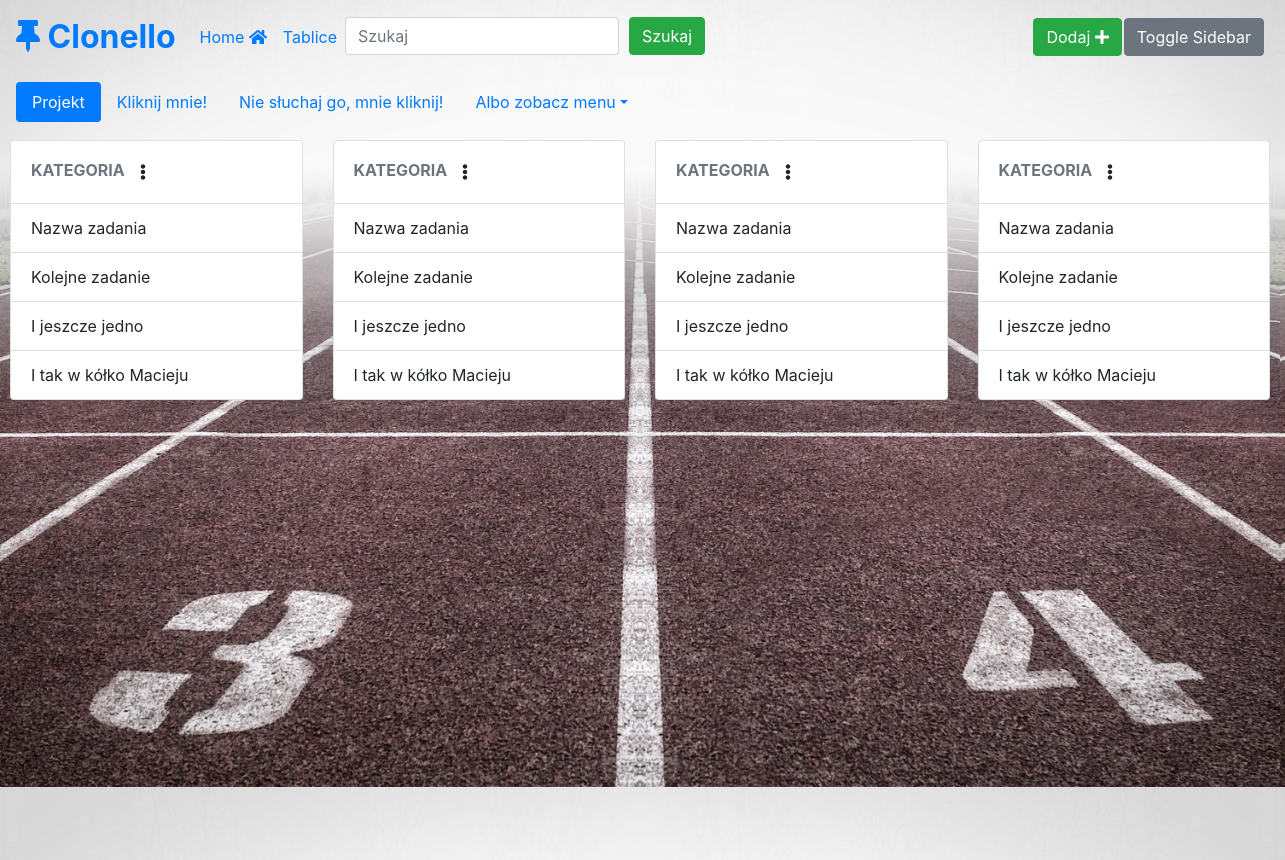
Repository: jnehlt/PAW-lab
Page: / (app in Frontend/clonello/)
An editor plug-in stored every save of this project. The page is shown before and after the next save, followed by the edit.
The browser window is 1280 px wide. The page is 1285 px wide, so the pictures cover 1285 px, including what lies to the right of the window. The pictures show the whole page.
The project was rebuilt for these pictures with package versions that can differ from the ones it lists, and the page was loaded fresh each time.

Above is the page before, as saved 2020-04-24 22:19:41.

### Frontend/clonello/src/main.js
import "@babel/polyfill";
import "mutationobserver-shim";
import Vue from "vue";
import "./plugins/bootstrap-vue";
import App from "./App.vue";
import router from "./router";
import "@fortawesome/fontawesome-free/css/all.css";
import "@fortawesome/fontawesome-free/js/all.js";

Vue.config.productionTip = false;

new Vue({
  router,
  render: h => h(App)
}).$mount("#app");

### Frontend/clonello/src/App.vue
<template>
  <div id="app">
    <topheader></topheader>
    <projectheader></projectheader>

    <div class="row">
        <maincard></maincard>
        <maincard></maincard>
        <maincard></maincard>
        <maincard></maincard>
        <maincard></maincard>
        <maincard></maincard>
        <maincard></maincard>
        <maincard></maincard>
    </div>
    <router-view />
  </div>
</template>

<script>
import TopHeader from "@/components/TopHeader.vue";
import ProjectHeader from "@/components/ProjectHeader.vue";
import MainCard from "@/components/MainCard.vue";

export default {
  components: {
    "topheader": TopHeader,
    "projectheader": ProjectHeader,
    "maincard": MainCard
  }
};
</script>

<style lang="scss">

body {
    background-image: url("../src/assets/running-track-sn-3000x2001.jpg");
    background-size: cover;
    background-position: center;
}

.dropdown-header {
    font-size: larger;
    font-weight: bolder;
}

html, body {
    height: 100%;
}

.list-head {
    font-weight: bolder;
    text-transform: uppercase;
}

.btn {
    margin-left: 2px;
}


.row {
  display: flex;
  flex-wrap: nowrap;
  overflow-x: auto;
  margin-left: -5px;
  margin-right: -5px;
  margin-top: 10px;
  height: 100vh;
}

::-webkit-scrollbar {
  height: 4px;              /* height of horizontal scrollbar ← You're missing this */
  width: 4px;               /* width of vertical scrollbar */
  border: 1px solid #d5d5d5;
  margin-left: -5px;
  margin-right: -5px;
}


</style>

### Frontend/clonello/src/components/TopHeader.vue
<template>
  <div>
    <nav class="navbar navbar-expand-lg">
      <a class="navbar-brand" href="#"><i class="fas fa-thumbtack"></i> Clonello</a>
      <button class="navbar-toggler navbar-dark" type="button" data-toggle="collapse" data-target="#navbarNav" aria-controls="navbarNav" aria-expanded="false" aria-label="Toggle navigation">
          <span class="navbar-toggler-icon"></span>
      </button>
      <div class="collapse navbar-collapse" id="navbarNav">
        <ul class="navbar-nav mr-auto">
          <li class="nav-item">
            <a class="nav-link" href="#">Home <i class="fas fa-home"></i></a>
          </li>
          <li class="nav-item">
            <a class="nav-link" href="#">Tablice</a>
          </li>
          <li class="nav-item">
            <form class="form-inline my-2 my-lg-0">
              <input class="form-control mr-sm-2" type="search" placeholder="Szukaj" aria-label="Search">
              <button class="btn btn-success my-2 my-sm-0" type="submit">Szukaj</button>
            </form>
          </li>
        </ul>
        <ul class="navbar-right navbar-nav">
          <li>
            <button class="btn btn-success" type="button" data-toggle="collapse" data-target="#collapseAdd" aria-expanded="false" aria-controls="collapseAdd">Dodaj <i class="fas fa-plus"></i>
            </button>
            <div class="dropdown-menu dropdown-menu-right" id="collapseAdd">
              <a class="dropdown-item" href="#">Tablicę</a>
              <a class="dropdown-item" href="#">Zespół</a>
            </div>
          </li>
          <li>
            <b-button v-b-toggle.sidebar-right>Toggle Sidebar</b-button>
              <b-sidebar id="sidebar-right" title="Sidebar" right shadow>
                <div class="px-3 py-2">
                  <p>
                    Cras mattis consectetur purus sit amet fermentum. Cras justo odio, dapibus ac facilisis
                    in, egestas eget quam. Morbi leo risus, porta ac consectetur ac, vestibulum at eros.
                  </p>
                  <b-img src="https://picsum.photos/500/500/?image=54" fluid thumbnail></b-img>
                </div>
              </b-sidebar>
          </li>
        </ul>
      </div>
    </nav>
  </div>
</template>

<script>



export default {

};
</script>

<!-- Add "scoped" attribute to limit CSS to this component only -->
<style scoped lang="scss">
.navbar-brand {
    font-weight: bolder;
    font-size: 2em;
}

.navbar {
    background-color: transparent;
}

.navbar-toggler {
    background-color: #4e555b;
}
</style>

### Frontend/clonello/src/components/ProjectHeader.vue
<template>
  <div>
      <div class="navbar navbar-expand-lg">
      <ul class="nav nav-pills nav-fill">
        <li class="nav-item">
          <a class="nav-link active" href="#">Projekt</a>
        </li>
        <li class="nav-item">
          <a class="nav-link" href="#">Kliknij mnie!</a>
        </li>
        <li class="nav-item">
          <a class="nav-link" href="#">Nie słuchaj go, mnie kliknij!</a>
        </li>
        <li class="nav-item dropdown">
          <a class="nav-link dropdown-toggle" data-toggle="dropdown" href="#" role="button" aria-haspopup="true" aria-expanded="false">Albo zobacz menu</a>
          <div class="dropdown-menu">
            <h5 class="dropdown-header">Menu</h5>
            <div class="dropdown-divider"></div>
            <a class="dropdown-item" href="#">No dobra</a>
            <a class="dropdown-item" href="#">Trochę zamieszania</a>
            <a class="dropdown-item" href="#">Dziwnie wyszło</a>
            <a class="dropdown-item" href="#">Ale klinkij tamte</a>
          </div>
        </li>
      </ul>
    </div>
  </div>
</template>

<script>
export default {

}
</script>

<style>
.navbar-brand {
    font-weight: bolder;
    font-size: 2em;
}

.navbar {
    background-color: transparent;
}

.navbar-toggler {
    background-color: #4e555b;
}
</style>

### Frontend/clonello/src/components/MainCard.vue
<template>
        <div class="col-3 col-md-3 col-sm-3">
            <ul class="list-group">
                <li class="list-group-item disabled list-head" aria-disabled="true">Kategoria<button class="btn btn-kropki"><i class="fas fa-ellipsis-v"></i></button></li>
                <li class="list-group-item">Nazwa zadania</li>
                <li class="list-group-item">Kolejne zadanie</li>
                <li class="list-group-item">I jeszcze jedno</li>
                <li class="list-group-item">I tak w kółko Macieju</li>
            </ul>
        </div>

</template>

<script>
export default {

}
</script>

<style>

</style>

### Frontend/clonello/src/views/Home.vue
<template>
  <div class="home"></div>
</template>

<script>
// @ is an alias to /src
export default {
  name: "Home",
  components: {}
};
</script>

Loaded but not shown: Frontend/clonello/public/index.html (common file); Frontend/clonello/src/plugins/bootstrap-vue.js (common file); Frontend/clonello/src/router/index.js (common file)

After the next save:
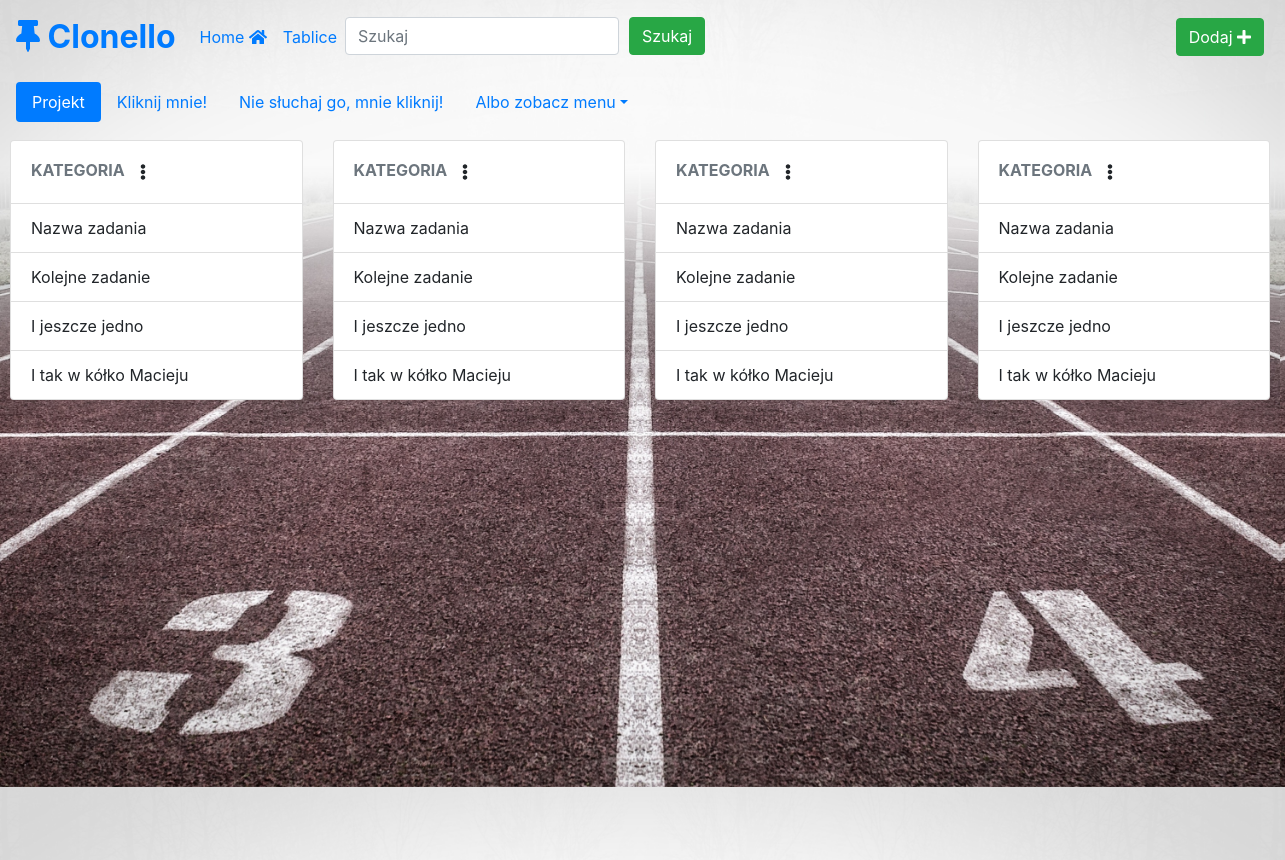
Saved 76 s later.
--- a/Frontend/clonello/src/components/TopHeader.vue
+++ b/Frontend/clonello/src/components/TopHeader.vue
@@ -29,18 +29,6 @@
               <a class="dropdown-item" href="#">Zespół</a>
             </div>
           </li>
-          <li>
-            <b-button v-b-toggle.sidebar-right>Toggle Sidebar</b-button>
-              <b-sidebar id="sidebar-right" title="Sidebar" right shadow>
-                <div class="px-3 py-2">
-                  <p>
-                    Cras mattis consectetur purus sit amet fermentum. Cras justo odio, dapibus ac facilisis
-                    in, egestas eget quam. Morbi leo risus, porta ac consectetur ac, vestibulum at eros.
-                  </p>
-                  <b-img src="https://picsum.photos/500/500/?image=54" fluid thumbnail></b-img>
-                </div>
-              </b-sidebar>
-          </li>
         </ul>
       </div>
     </nav>
